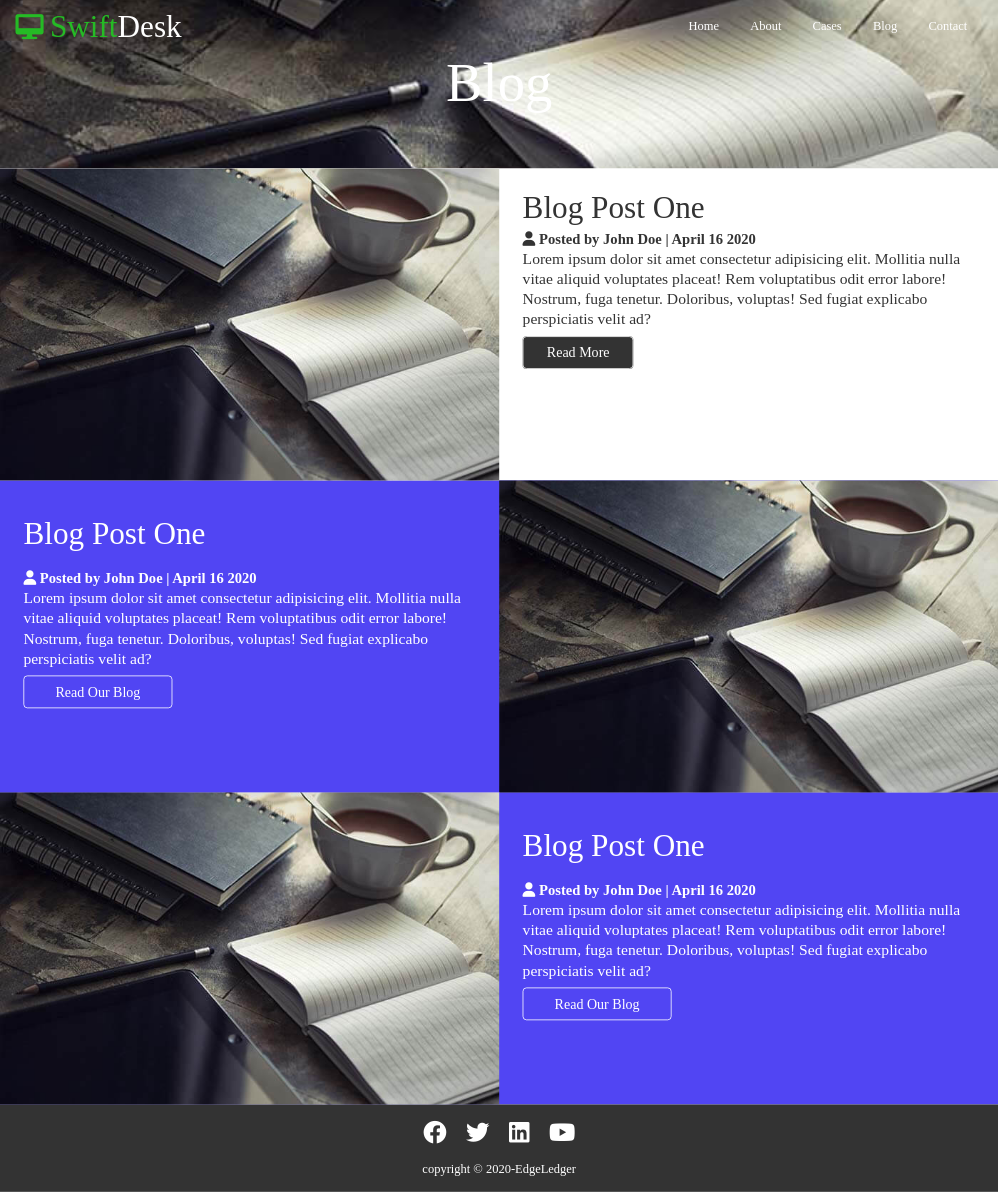
Repository: reemoon-ctrl/swiftdisk-Website-Flexbox
Page: blog.html
An editor plug-in stored every save of this project. The page is shown before and after the next save, followed by the edit.
The browser window is 1280 px wide. The pictures show the whole page, at 78% of full size.

Above is the page before, as saved 2024-07-27 12:47:44.

After the next save:
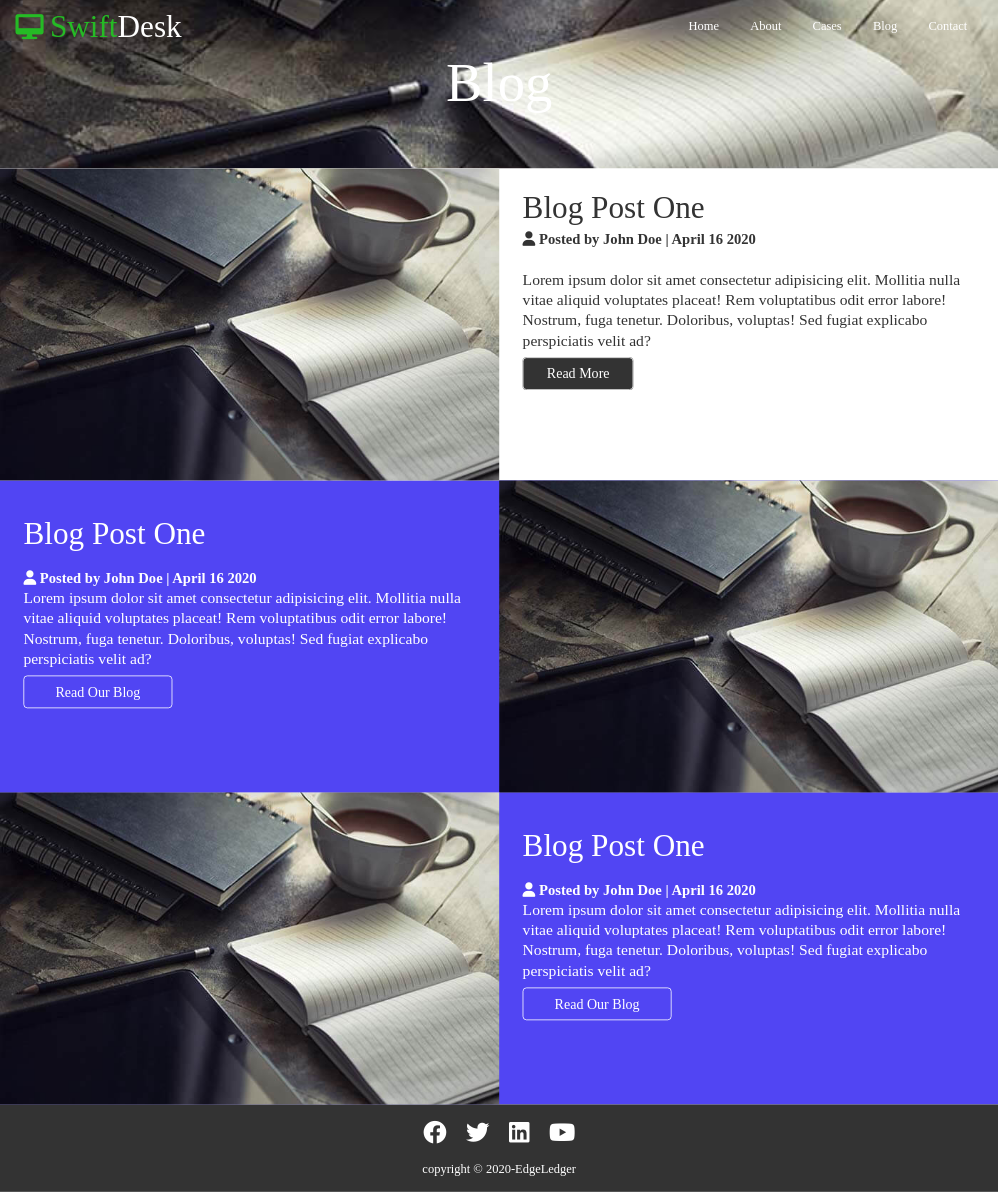
Saved 4 s later.
--- a/index.css
+++ b/index.css
@@ -337,7 +337,7 @@ header h1{
     padding: .4rem 0px;
 }
 .blog-content-light h3{
-    padding-bottom: 1.7rem 0px;
+    padding-bottom: 1.7rem;
 }
 .blog-content-light p{
     font-size: 20px;
